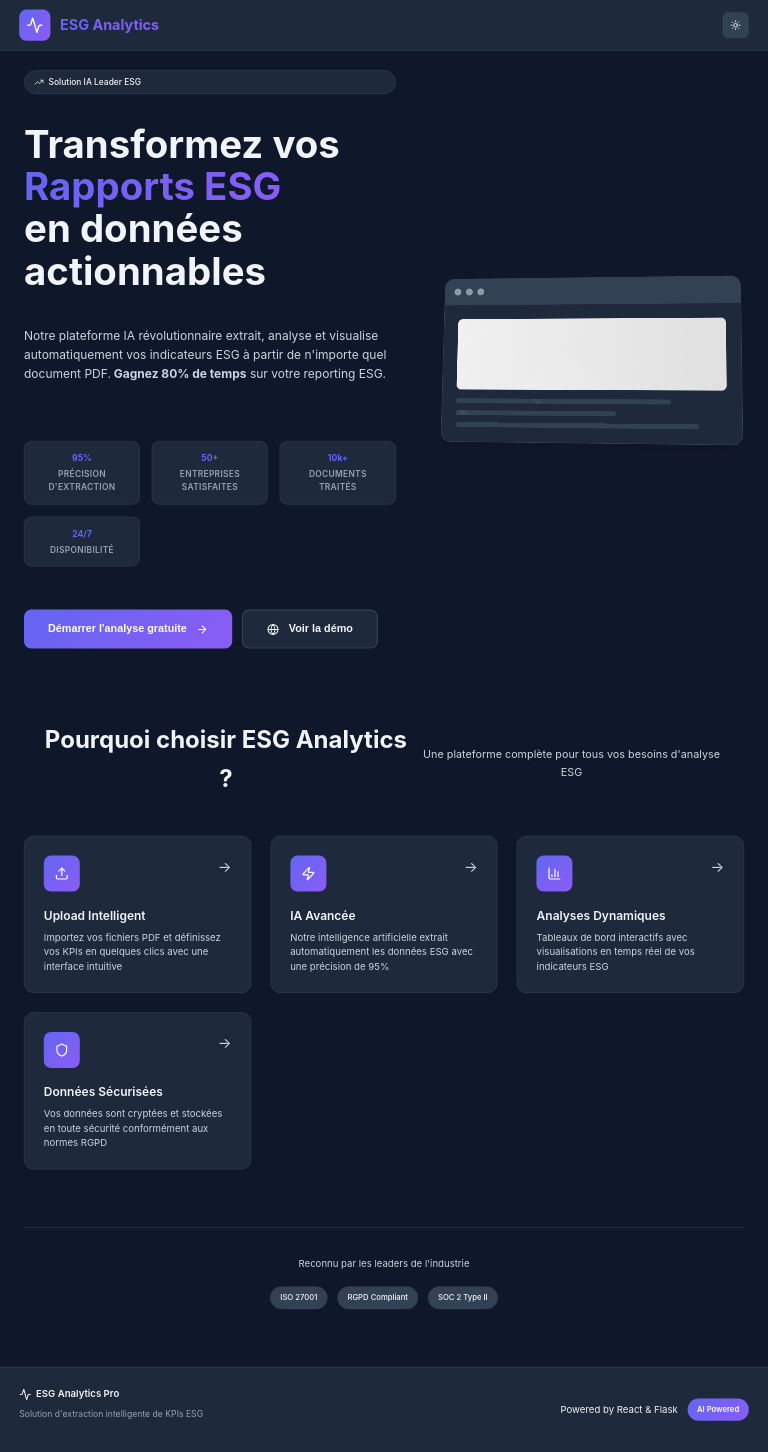
Repository: MaycemSaad/ESG_banchmarking_Project
Page: / (app in frontend/)
These files come from the project's save history. The page is drawn as it stood at one moment and after the next save; the edit follows.
The browser window is 1280 px wide. The pictures show the whole page, at 60% of full size.
The project was rebuilt for these pictures with package versions that can differ from the ones it lists, and the page was loaded fresh each time. Also part of the build but not shown: frontend/src/components/FileUpload.js, frontend/src/components/FileAnalysis.js, frontend/src/components/Dashboard.js, frontend/src/components/Statistics.js, frontend/src/components/CompanyAnalysis.js, frontend/src/components/Comparisons.js, frontend/src/components/Chatbot.js.

Above is the page before, as saved 2025-10-26 01:33:03.

### frontend/public/index.html
<!DOCTYPE html>
<html lang="en">
  <head>
    <meta charset="utf-8" />
    <link rel="icon" href="%PUBLIC_URL%/favicon.ico" />
    <meta name="viewport" content="width=device-width, initial-scale=1" />
    <meta name="theme-color" content="#000000" />
    <meta
      name="description"
      content="ESG KPI Extractor - Visual interface for ESG KPI extraction"
    />
    <title>ESG KPI Extractor</title>
  </head>
  <body>
    <noscript>You need to enable JavaScript to run this app.</noscript>
    <div id="root"></div>
  </body>
</html>

### frontend/src/index.css
body {
  margin: 0;
  font-family: -apple-system, BlinkMacSystemFont, 'Segoe UI', 'Roboto', 'Oxygen',
    'Ubuntu', 'Cantarell', 'Fira Sans', 'Droid Sans', 'Helvetica Neue',
    sans-serif;
  -webkit-font-smoothing: antialiased;
  -moz-osx-font-smoothing: grayscale;
  background-color: #f8f9fa;
}

code {
  font-family: source-code-pro, Menlo, Monaco, Consolas, 'Courier New',
    monospace;
}

* {
  box-sizing: border-box;
}

#root {
  min-height: 100vh;
}

### frontend/src/App.js
import React, { useState, useEffect } from 'react';
import FileUpload from './components/FileUpload';
import FileAnalysis from './components/FileAnalysis';
import Dashboard from './components/Dashboard';
import Statistics from './components/Statistics';
import CompanyAnalysis from './components/CompanyAnalysis';
import Comparisons from './components/Comparisons';
import apiService from './services/api';
import {
  Home as HomeIcon,
  Upload,
  Search,
  BarChart3,
  X,
  Moon,
  Sun,
  Database,
  Zap,
  Activity,
  TrendingUp,
  Users,
  GitCompare,
  ArrowRight,
  Shield,
  Globe
} from 'lucide-react';
import './App.css';

function App() {
  const [activeTab, setActiveTab] = useState('home');
  const [processing, setProcessing] = useState(false);
  const [processResult, setProcessResult] = useState(null);
  const [currentFileData, setCurrentFileData] = useState(null);
  const [darkMode, setDarkMode] = useState(true);
  const [showResults, setShowResults] = useState(false);

  useEffect(() => {
    if (darkMode) {
      document.body.classList.add('dark-mode');
      document.body.classList.remove('light-mode');
    } else {
      document.body.classList.add('light-mode');
      document.body.classList.remove('dark-mode');
    }
  }, [darkMode]);

  const handleProcess = async (kpiFile, pdfFile, minConfidence, rerunIfExists) => {
    try {
      setProcessing(true);
      setProcessResult(null);
      setCurrentFileData(null);

      const response = await apiService.processPDF(kpiFile, pdfFile, minConfidence, rerunIfExists);

      if (response.data.processed) {
        const resultData = {
          ...response.data,
          kpiFile: kpiFile.name,
          pdfFile: pdfFile.name,
          minConfidence: minConfidence
        };

        setCurrentFileData(resultData);
        setProcessResult({
          success: true,
          data: resultData,
          message: `${response.data.new_kpis_extracted} nouveaux KPIs extraits de ${response.data.pdf_name}.`
        });

        setShowResults(true);
        setActiveTab('analysis');
      } else {
        setProcessResult({
          success: false,
          message: response.data.warning || 'Traitement terminé mais aucun nouveau KPI extrait'
        });
      }

    } catch (error) {
      setProcessResult({
        success: false,
        message: error.message || 'Échec du traitement'
      });
    } finally {
      setProcessing(false);
    }
  };

  const handleViewGlobalDashboard = () => {
    setActiveTab('dashboard');
    setShowResults(true);
  };

  const handleAnalyzeAnotherFile = () => {
    setCurrentFileData(null);
    setProcessResult(null);
    setActiveTab('upload');
  };

  const handleGetStarted = () => {
    setActiveTab('upload');
    setShowResults(true);
  };

  const handleGoHome = () => {
    setActiveTab('home');
    setProcessResult(null);
    setShowResults(false);
  };

  const toggleTheme = () => {
    setDarkMode(!darkMode);
  };

  const tabs = [
    { id: 'home', label: 'Accueil', icon: <HomeIcon size={20} /> },
    { id: 'upload', label: 'Traitement', icon: <Upload size={20} /> },
    { id: 'analysis', label: 'Analyse Fichier', icon: <Search size={20} /> },
    { id: 'dashboard', label: 'Dashboard Global', icon: <BarChart3 size={20} /> },
    { id: 'statistics', label: 'Statistiques', icon: <TrendingUp size={20} /> },
    { id: 'comparisons', label: 'Comparaisons', icon: <GitCompare size={20} /> },
    { id: 'company-analysis', label: 'Analyse Entreprise', icon: <Users size={20} /> }
  ];


  // Composant Home intégré directement
  const HomeSection = () => {
    const features = [
      {
        icon: <Upload size={24} />,
        title: "Upload Intelligent",
        description: "Importez vos fichiers PDF et définissez vos KPIs en quelques clics avec une interface intuitive"
      },
      {
        icon: <Zap size={24} />,
        title: "IA Avancée",
        description: "Notre intelligence artificielle extrait automatiquement les données ESG avec une précision de 95%"
      },
      {
        icon: <BarChart3 size={24} />,
        title: "Analyses Dynamiques",
        description: "Tableaux de bord interactifs avec visualisations en temps réel de vos indicateurs ESG"
      },
      {
        icon: <Shield size={24} />,
        title: "Données Sécurisées",
        description: "Vos données sont cryptées et stockées en toute sécurité conformément aux normes RGPD"
      }
    ];

    const stats = [
      { value: "95%", label: "Précision d'extraction" },
      { value: "50+", label: "Entreprises satisfaites" },
      { value: "10k+", label: "Documents traités" },
      { value: "24/7", label: "Disponibilité" }
    ];

    return (
      <div className="home-fullscreen">
        {/* Background animé */}
        <div className="background-animation">
          <div className="floating-shapes">
            <div className="shape shape-1"></div>
            <div className="shape shape-2"></div>
            <div className="shape shape-3"></div>
          </div>
        </div>

        <div className="home-container">
          {/* Hero Section */}
          <div className="home-hero">
            <div className="hero-content">
              <div className="badge">
                <TrendingUp size={16} />
                <span>Solution IA Leader ESG</span>
              </div>

              <h1 className="hero-title">
                Transformez vos
                <span className="gradient-text"> Rapports ESG</span>
                <br />en données actionnables
              </h1>

              <p className="hero-description">
                Notre plateforme IA révolutionnaire extrait, analyse et visualise
                automatiquement vos indicateurs ESG à partir de n'importe quel document PDF.
                <strong> Gagnez 80% de temps</strong> sur votre reporting ESG.
              </p>

              <div className="hero-stats">
                {stats.map((stat, index) => (
                  <div key={index} className="stat">
                    <div className="stat-value">{stat.value}</div>
                    <div className="stat-label">{stat.label}</div>
                  </div>
                ))}
              </div>

              <div className="cta-container">
                <button
                  className="cta-button primary"
                  onClick={handleGetStarted}
                >
                  <span>Démarrer l'analyse gratuite</span>
                  <ArrowRight size={20} />
                </button>
                <button className="cta-button secondary">
                  <Globe size={20} />
                  <span>Voir la démo</span>
                </button>
              </div>
            </div>

            <div className="hero-visual">
              <div className="mockup-dashboard">
                <div className="mockup-header">
                  <div className="mockup-dots">
                    <span></span>
                    <span></span>
                    <span></span>
                  </div>
                </div>
                <div className="mockup-content">
                  <div className="chart-placeholder"></div>
                  <div className="data-grid">
                    <div className="data-row"></div>
                    <div className="data-row"></div>
                    <div className="data-row"></div>
                  </div>
                </div>
              </div>
            </div>
          </div>

          {/* Features Grid */}
          <div className="features-section">
            <div className="section-header">
              <h2>Pourquoi choisir ESG Analytics ?</h2>
              <p>Une plateforme complète pour tous vos besoins d'analyse ESG</p>
            </div>

            <div className="features-grid">
              {features.map((feature, index) => (
                <div key={index} className="feature-card enhanced">
                  <div className="feature-icon-wrapper">
                    {feature.icon}
                  </div>
                  <h3 className="feature-title">{feature.title}</h3>
                  <p className="feature-description">{feature.description}</p>
                  <div className="feature-arrow">→</div>
                </div>
              ))}
            </div>
          </div>

          {/* Trust Badges */}
          <div className="trust-section">
            <p>Reconnu par les leaders de l'industrie</p>
            <div className="trust-badges">
              <div className="badge">ISO 27001</div>
              <div className="badge">RGPD Compliant</div>
              <div className="badge">SOC 2 Type II</div>
            </div>
          </div>
        </div>
      </div>
    );
  };

  return (
    <div className={`App ${darkMode ? 'dark' : 'light'}`}>
      {/* Navigation principale */}
      <nav className="main-nav">
        <div className="nav-container">
          <div className="nav-brand">
            <div className="logo">
              <Activity size={28} />
            </div>
            <span className="brand-name">ESG Analytics</span>
          </div>

          <div className="nav-controls">


            <button className="theme-toggle" onClick={toggleTheme}>
              {darkMode ? <Sun size={18} /> : <Moon size={18} />}
            </button>

            {showResults && (
              <button className="nav-button" onClick={handleGoHome}>
                <HomeIcon size={18} />
                Accueil
              </button>
            )}
          </div>
        </div>
      </nav>

      {/* Navigation des onglets - seulement quand on n'est pas sur l'accueil */}
      {showResults && (
        <div className="tab-nav">
          <div className="tab-container">
            {tabs.map(tab => (
              <button
                key={tab.id}
                className={`tab-button ${activeTab === tab.id ? 'active' : ''}`}
                onClick={() => setActiveTab(tab.id)}
                disabled={(tab.id === 'analysis' && !currentFileData) ||
                         (tab.id === 'home')}
              >
                <span className="tab-icon">{tab.icon}</span>
                <span className="tab-label">{tab.label}</span>
                {activeTab === tab.id && <div className="active-indicator" />}
              </button>
            ))}
          </div>
        </div>
      )}

      <main className="app-main">
        {/* Notification des résultats */}
        {processResult && showResults && (
          <div className={`process-result ${processResult.success ? 'success' : 'error'}`}>
            <div className="result-content">
              <div className="result-header">
                <div className="result-icon">
                  {processResult.success ? '✅' : '❌'}
                </div>
                <div className="result-text">
                  <h4>{processResult.success ? 'Traitement Réussi' : 'Échec du Traitement'}</h4>
                  <p>{processResult.message}</p>
                </div>
              </div>
              {processResult.success && (
                <div className="result-actions">
                  <button
                    onClick={() => setActiveTab('analysis')}
                    className="action-btn primary"
                  >
                    <Search size={16} />
                    Voir l'Analyse
                  </button>
                  <button
                    onClick={handleViewGlobalDashboard}
                    className="action-btn secondary"
                  >
                    <BarChart3 size={16} />
                    Tableau de Bord
                  </button>
                </div>
              )}
            </div>
            <button
              onClick={() => setProcessResult(null)}
              className="close-result"
            >
              <X size={16} />
            </button>
          </div>
        )}

        {/* Contenu principal */}
        <div className="main-content">
          {!showResults && activeTab === 'home' && (
            <HomeSection />
          )}

          {showResults && (
            <div className="results-container">
              {activeTab === 'upload' && (
                <FileUpload
                  onProcess={handleProcess}
                  isLoading={processing}
                  darkMode={darkMode}
                />
              )}
              {activeTab === 'analysis' && currentFileData && (
                <FileAnalysis
                  fileData={currentFileData}
                  onViewGlobalDashboard={handleViewGlobalDashboard}
                  onAnalyzeAnotherFile={handleAnalyzeAnotherFile}
                  darkMode={darkMode}
                />
              )}
              {activeTab === 'dashboard' && (
                <Dashboard darkMode={darkMode} />
              )}
              {activeTab === 'statistics' && (
                <Statistics darkMode={darkMode} />
              )}
              {activeTab === 'comparisons' && (
                <Comparisons darkMode={darkMode} />
              )}
              {activeTab === 'company-analysis' && (
                <CompanyAnalysis darkMode={darkMode} />
              )}
            </div>
          )}
        </div>
      </main>

      {/* Footer */}
      <footer className="app-footer">
        <div className="footer-container">
          <div className="footer-content">
            <div className="footer-brand">
              <div className="footer-logo">
                <Activity size={20} />
                <span>ESG Analytics Pro</span>
              </div>
              <p>Solution d'extraction intelligente de KPIs ESG</p>
            </div>
            <div className="footer-tech">
              <span>Powered by React & Flask</span>
              <span className="tech-badge">AI Powered</span>
            </div>
          </div>
        </div>
      </footer>
    </div>
  );
}

export default App;

Loaded but not shown: frontend/src/index.js (common file); frontend/src/services/api.js (163 lines, source omitted); frontend/src/App.css (1815 lines, source omitted); frontend/src/components/Statistics.css (1088 lines, source omitted); frontend/src/components/Dashboard.css (977 lines, source omitted); frontend/src/components/Comparisons.css (952 lines, source omitted); frontend/src/components/FileAnalysis.css (882 lines, source omitted); frontend/src/components/CompanyAnalysis.css (843 lines, source omitted); frontend/src/components/FileUpload.css (694 lines, source omitted); frontend/src/components/Chatbot.css (464 lines, source omitted)

After the next save:
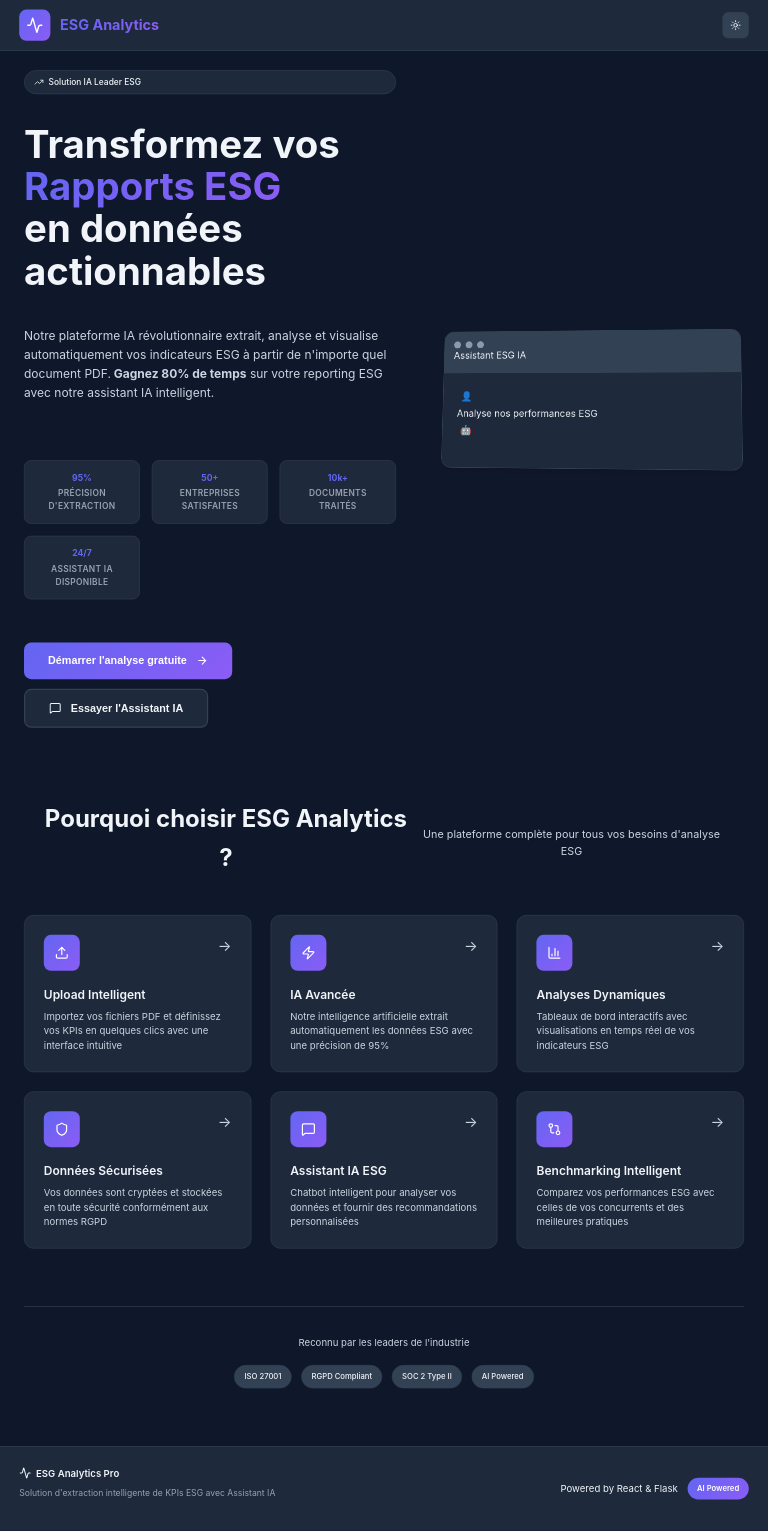
Saved 4 min 35 s later.
--- a/frontend/src/App.js
+++ b/frontend/src/App.js
@@ -5,6 +5,7 @@
 import Statistics from './components/Statistics';
 import CompanyAnalysis from './components/CompanyAnalysis';
 import Comparisons from './components/Comparisons';
+import Chatbot from './components/Chatbot'; // Import du nouveau composant
 import apiService from './services/api';
 import {
   Home as HomeIcon,
@@ -22,7 +23,8 @@
   GitCompare,
   ArrowRight,
   Shield,
-  Globe
+  Globe,
+  MessageSquare // Nouvelle icône pour le chatbot
 } from 'lucide-react';
 import './App.css';
 
@@ -112,6 +114,7 @@
     setDarkMode(!darkMode);
   };
 
+  // Mise à jour des onglets avec le chatbot
   const tabs = [
     { id: 'home', label: 'Accueil', icon: <HomeIcon size={20} /> },
     { id: 'upload', label: 'Traitement', icon: <Upload size={20} /> },
@@ -119,9 +122,9 @@
     { id: 'dashboard', label: 'Dashboard Global', icon: <BarChart3 size={20} /> },
     { id: 'statistics', label: 'Statistiques', icon: <TrendingUp size={20} /> },
     { id: 'comparisons', label: 'Comparaisons', icon: <GitCompare size={20} /> },
-    { id: 'company-analysis', label: 'Analyse Entreprise', icon: <Users size={20} /> }
+    { id: 'company-analysis', label: 'Analyse Entreprise', icon: <Users size={20} /> },
+    { id: 'chatbot', label: 'Assistant ESG', icon: <MessageSquare size={20} /> } // Nouvel onglet
   ];
-
 
   // Composant Home intégré directement
   const HomeSection = () => {
@@ -145,6 +148,16 @@
         icon: <Shield size={24} />,
         title: "Données Sécurisées",
         description: "Vos données sont cryptées et stockées en toute sécurité conformément aux normes RGPD"
+      },
+      {
+        icon: <MessageSquare size={24} />,
+        title: "Assistant IA ESG",
+        description: "Chatbot intelligent pour analyser vos données et fournir des recommandations personnalisées"
+      },
+      {
+        icon: <GitCompare size={24} />,
+        title: "Benchmarking Intelligent",
+        description: "Comparez vos performances ESG avec celles de vos concurrents et des meilleures pratiques"
       }
     ];
 
@@ -152,7 +165,7 @@
       { value: "95%", label: "Précision d'extraction" },
       { value: "50+", label: "Entreprises satisfaites" },
       { value: "10k+", label: "Documents traités" },
-      { value: "24/7", label: "Disponibilité" }
+      { value: "24/7", label: "Assistant IA disponible" }
     ];
 
     return (
@@ -184,7 +197,7 @@
               <p className="hero-description">
                 Notre plateforme IA révolutionnaire extrait, analyse et visualise
                 automatiquement vos indicateurs ESG à partir de n'importe quel document PDF.
-                <strong> Gagnez 80% de temps</strong> sur votre reporting ESG.
+                <strong> Gagnez 80% de temps</strong> sur votre reporting ESG avec notre assistant IA intelligent.
               </p>
 
               <div className="hero-stats">
@@ -204,9 +217,15 @@
                   <span>Démarrer l'analyse gratuite</span>
                   <ArrowRight size={20} />
                 </button>
-                <button className="cta-button secondary">
-                  <Globe size={20} />
-                  <span>Voir la démo</span>
+                <button
+                  className="cta-button secondary"
+                  onClick={() => {
+                    setActiveTab('chatbot');
+                    setShowResults(true);
+                  }}
+                >
+                  <MessageSquare size={20} />
+                  <span>Essayer l'Assistant IA</span>
                 </button>
               </div>
             </div>
@@ -219,13 +238,24 @@
                     <span></span>
                     <span></span>
                   </div>
+                  <div className="mockup-title">Assistant ESG IA</div>
                 </div>
                 <div className="mockup-content">
-                  <div className="chart-placeholder"></div>
-                  <div className="data-grid">
-                    <div className="data-row"></div>
-                    <div className="data-row"></div>
-                    <div className="data-row"></div>
+                  <div className="chat-preview">
+                    <div className="chat-message user">
+                      <div className="message-avatar">👤</div>
+                      <div className="message-content">Analyse nos performances ESG</div>
+                    </div>
+                    <div className="chat-message bot">
+                      <div className="message-avatar">🤖</div>
+                      <div className="message-content">
+                        <div className="typing-indicator">
+                          <span></span>
+                          <span></span>
+                          <span></span>
+                        </div>
+                      </div>
+                    </div>
                   </div>
                 </div>
               </div>
@@ -260,6 +290,7 @@
               <div className="badge">ISO 27001</div>
               <div className="badge">RGPD Compliant</div>
               <div className="badge">SOC 2 Type II</div>
+              <div className="badge">AI Powered</div>
             </div>
           </div>
         </div>
@@ -280,8 +311,6 @@
           </div>
 
           <div className="nav-controls">
-
-
             <button className="theme-toggle" onClick={toggleTheme}>
               {darkMode ? <Sun size={18} /> : <Moon size={18} />}
             </button>
@@ -347,6 +376,13 @@
                     <BarChart3 size={16} />
                     Tableau de Bord
                   </button>
+                  <button
+                    onClick={() => setActiveTab('chatbot')}
+                    className="action-btn secondary"
+                  >
+                    <MessageSquare size={16} />
+                    Consulter l'Assistant
+                  </button>
                 </div>
               )}
             </div>
@@ -394,6 +430,9 @@
               {activeTab === 'company-analysis' && (
                 <CompanyAnalysis darkMode={darkMode} />
               )}
+              {activeTab === 'chatbot' && (
+                <Chatbot darkMode={darkMode} /> // Nouvel onglet chatbot
+              )}
             </div>
           )}
         </div>
@@ -408,7 +447,7 @@
                 <Activity size={20} />
                 <span>ESG Analytics Pro</span>
               </div>
-              <p>Solution d'extraction intelligente de KPIs ESG</p>
+              <p>Solution d'extraction intelligente de KPIs ESG avec Assistant IA</p>
             </div>
             <div className="footer-tech">
               <span>Powered by React & Flask</span>
